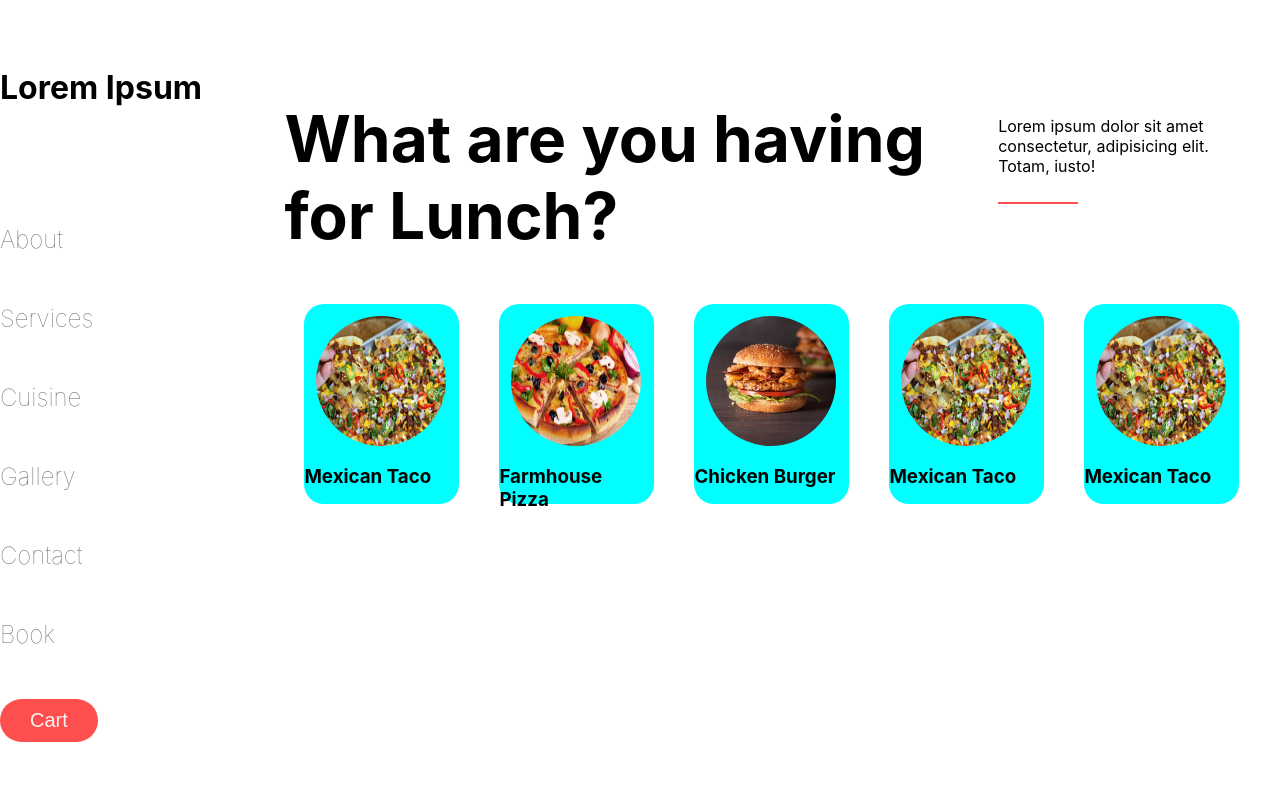
Repository: Marlstergo/assignment2
Page: /
An editor plug-in stored every save of this project. The page is shown before and after the next save, followed by the edit.
The browser window is 1280 px wide. The pictures show the whole page.
The project was rebuilt for these pictures with package versions that can differ from the ones it lists, and the page was loaded fresh each time.

Above is the page before, as saved 2021-07-27 03:00:38.

### src/App.js
import logo from "./logo.svg";
import "./App.css";

import Nachos from "./asset/nachos.png";
import Taco from "./asset/taco.png";
import Noodles from "./asset/noodles.png";
import Pizza from "./asset/pizza.png";
import Chicken from "./asset/chicken.png";

function App() {
  return (
    <div className="container">
      <div className="full">
        <div className="sidebar">
          <div className="logo">
            <h1>Lorem Ipsum</h1>
          </div>
          <div className="items">
            <div className="item">
              <h2 className="">About</h2>
            </div>
            <div className="item">
              <h2 className="">Services</h2>
            </div>
            <div className="item">
              <h2 className="">Cuisine</h2>
            </div>
            <div className="item">
              <h2 className="">Gallery</h2>
            </div>
            <div className="item">
              <h2 className="">Contact</h2>
            </div>
            <div className="item">
              <h2 className="">Book</h2>
            </div>
            <div className="item">
              <button className="button">Cart</button>
            </div>
          </div>
        </div>
        <div className="main-view">
          <div className="hero">
            <div className="title">
              <h1 className="">What are you having for Lunch?</h1>
            </div>
            <div className="paragraph">
              <p className="">
                Lorem ipsum dolor sit amet consectetur, adipisicing elit. Totam,
                iusto!
              </p>
              <div className="divider" />
            </div>
          </div>
          <div className="row">
            <div className="cell">
              <div className="imagediv">
                {/* image */}
                <img src={Nachos} alt="nachos" className="" />
              </div>
              <div className="">
                <h3 className="">Mexican Taco</h3>
              </div>
            </div>
            <div className="cell">
              <div className="imagediv">
                <img src={Pizza} alt="pizza" className="" />
                {/* image */}
              </div>
              <div className="">
                <h3 className="">Farmhouse Pizza</h3>
              </div>
            </div>
            <div className="cell">
              <div className="imagediv">
                {/* image */}
                <img src={Chicken} alt="chicken" className="" />
              </div>
              <div className="">
                <h3 className="">Chicken Burger</h3>
              </div>
            </div>
            <div className="cell">
              <div className="imagediv">
                {/* image */}
                <img src={Nachos} alt="nachos" className="" />
              </div>
              <div className="">
                <h3 className="">Mexican Taco</h3>
              </div>
            </div>
            <div className="cell">
              <div className="imagediv">
                {/* image */}
                <img src={Nachos} alt="nachos" className="" />
              </div>
              <div className="">
                <h3 className="">Mexican Taco</h3>
              </div>
            </div>
          </div>
        </div>
      </div>
    </div>
  );
}

export default App;

### src/App.css
.container {
  height: 100vh;
  width: 100%;
  /* padding-left: 1.5rem;
  padding-right: 1.5rem; */
}

@media screen and (min-width: 640px) {
  .container {
    max-width: 640px;
    margin: 0 auto;
  }
}

@media screen and (min-width: 768px) {
  .container {
    max-width: 768px;
  }
}

@media screen and (min-width: 1024px) {
  .container {
    max-width: 1024px;
    /* padding-left: 4rem;
    padding-right: 4rem; */
  }
}

@media screen and (min-width: 1280px) {
  .container {
    max-width: 1280px;
    /* padding-left: 5rem;
    padding-right: 5rem; */
  }
}

@media screen and (min-width: 1536px) {
  .container {
    max-width: 1536px;
  }
}

.full {
  display: grid;
  grid-template-columns: repeat(9, minmax(0, 1fr));
  height: 100%;
}

.sidebar {
  grid-column: span 2 / span 2;
  /* margin: auto 0; */
}
.logo{
  height: 175px;
  display: flex;
  align-items: center;
  /* justify-content: center; */

}

.items{

}

.item{
  color: rgb(101, 106, 104);
  font-weight: 100;
  margin: 50px 0px;
}
.item h2{
  font-weight: 100;

}

.button{
  padding: 10px 30px;
  font-size: 20px;
  border-radius: 50px;
  background-color: rgb(255,78,78);
  border: 0;
  color: whitesmoke;
}

.logo h1{
  padding: auto auto;
}

.main-view{
  grid-column: span 7 / span 7;
}

.row{
  display: flex;
  /* overflow-x: scroll; */

}

.hero{
  margin: 50px 0px;
  margin-top: 100px;
  display: grid;
  grid-template-columns: repeat(9, minmax(0, 1fr));

}
.paragraph{
  grid-column: span 3 / span 3;
  padding: 0 50px;
  border: 10px;
}

.divider{
  border-bottom: 2px solid rgb(255,78,78);
  /* border-color: rgb(255,78,78); */
  width: 80px;
  height: 10px;
}

.title{
  grid-column: span 6 / span 6;
  font-size: 2rem;

}

h1{
  margin: 0;
}

.cell{
  margin-left: 20px;
  margin-right: 20px;
  background-color: aqua;
  border-radius: 20px;
  height: 200px;
  width: 155px;
}

.imagediv{
  margin: 12px;
  height: 130px;
  width: 130px;
  border-radius: 100%;
  overflow: hidden;
  display: flex;
  justify-content: center;
  align-items: center;
}

img{
  width: 100%;
  height: 100%;
}

Loaded but not shown: public/index.html (common file); src/index.js (common file); src/index.css (common file); src/reportWebVitals.js (common file)

After the next save:
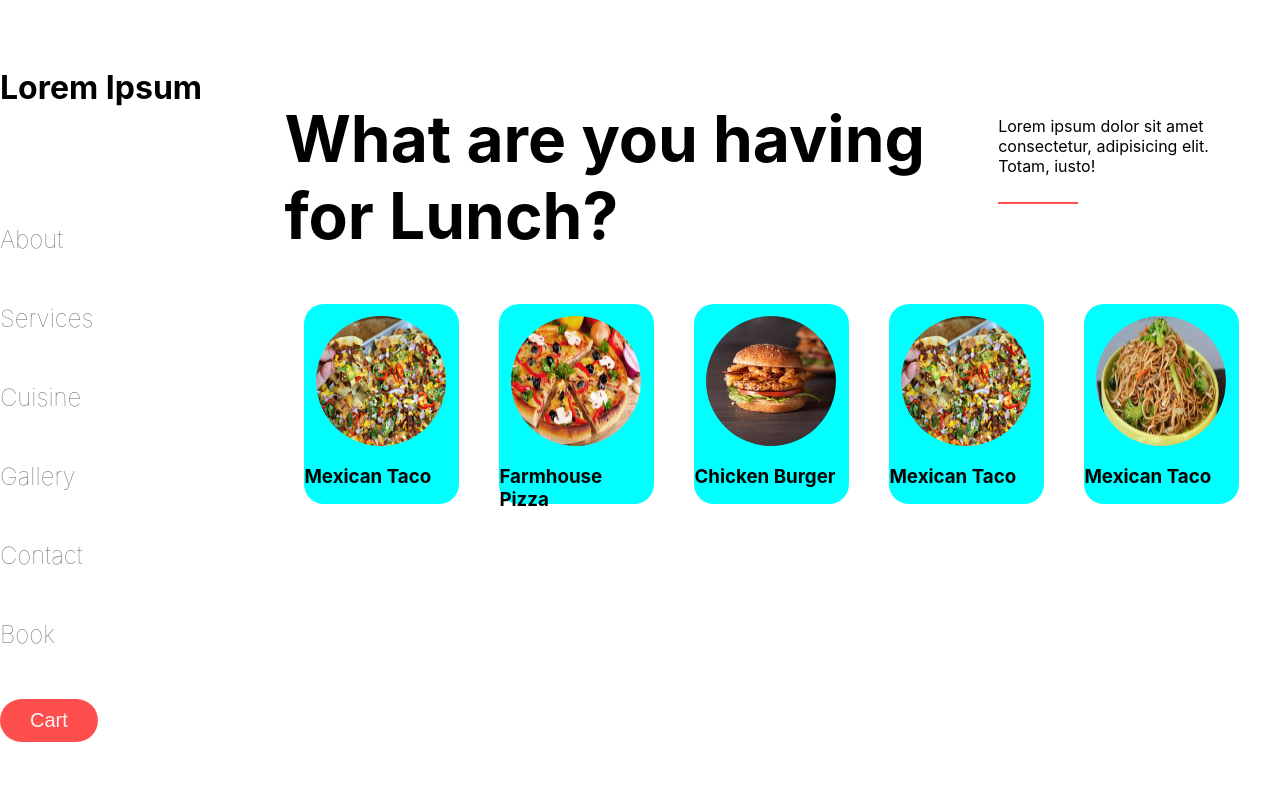
Saved 20 s later.
--- a/src/App.js
+++ b/src/App.js
@@ -92,7 +92,7 @@ function App() {
             <div className="cell">
               <div className="imagediv">
                 {/* image */}
-                <img src={Nachos} alt="nachos" className="" />
+                <img src={Noodles} alt="noodles" className="" />
               </div>
               <div className="">
                 <h3 className="">Mexican Taco</h3>
